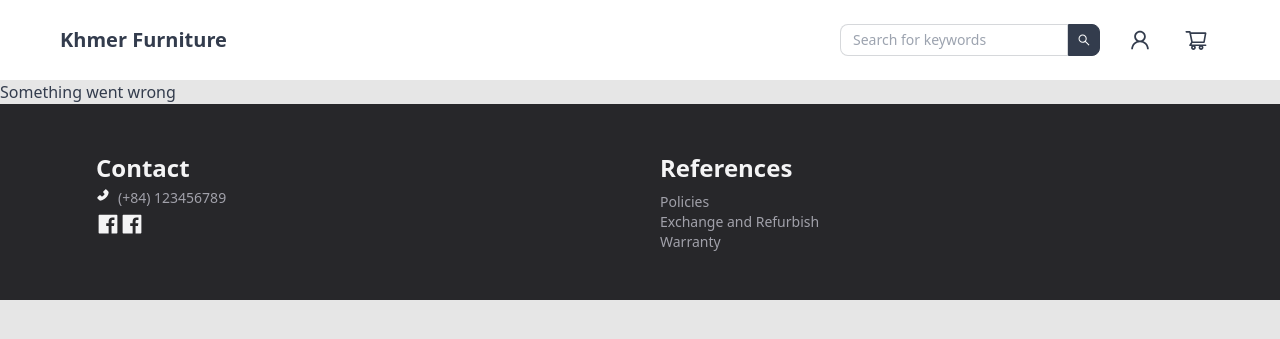
Repository: PlayerNguyen/dotot-shop
Page: /sell (app in client/)
The author's editor kept a copy of each file at every save. The page is drawn from the files as they stood at one save, then again after the next save.
The browser window is 1280 px wide. The pictures show the whole page.
The project was rebuilt for these pictures with package versions that can differ from the ones it lists, and the page was loaded fresh each time.

Above is the page before, as saved 2022-12-05 02:21:06.

### client/src/index.html
<!DOCTYPE html>
<html lang="en" data-theme="emerald">
  <head>
    <meta charset="UTF-8" />
    <meta http-equiv="X-UA-Compatible" content="IE=edge" />
    <meta name="viewport" content="width=device-width, initial-scale=1.0" />
    <title>dotot.com - Nơi mua bán đồ cũ</title>
    <link rel="stylesheet" href="./index.css" />
  </head>
  <body>
    <div id="app"></div>

    <script src="./index.js" type="module"></script>
  </body>
</html>

### client/src/index.js
import React, { Suspense } from "react";
import client from "react-dom/client";
import { BrowserRouter } from "react-router-dom";
import App from "./App";
import "./index.css";
const appElement = document.getElementById("app");
let root = client.createRoot(appElement);
import { Provider } from "react-redux";
import { store } from "./stores/globalStore";

root.render(
  <React.StrictMode>
    <BrowserRouter>
      <Provider store={store}>
        <App />
      </Provider>
    </BrowserRouter>
  </React.StrictMode>
);

### client/src/App.jsx
import React, { Suspense } from "react";
import { ToastContainer } from "react-toastify";
import { Link, Route, Routes } from "react-router-dom";
const Home = React.lazy(() => import("./components/Home/Home"));
const Credentials = React.lazy(() =>
  import("./components/Credentials/Credentials")
);
import "react-toastify/dist/ReactToastify.css";
const SignUp = React.lazy(() => import("./components/Credentials/SignUp"));
const SignIn = React.lazy(() => import("./components/Credentials/SignIn"));
import Navbar from "./components/Navbar/Navbar";
const SignOut = React.lazy(() => import("./components/Credentials/SignOut"));
const CredentialSelection = React.lazy(() =>
  import("./components/Credentials/CredentialSelection")
);

import NoMatch from "./components/NoMatch/NoMatch";
import Footer from "./components/Footer/Footer";

const Product = React.lazy(() => import("./components/Product/Product"));
const ProductView = React.lazy(() =>
  import("./components/Product/ProductView")
);
const Profile = React.lazy(() => import("./components/Profile/Profile"));
const ProfileGeneral = React.lazy(() =>
  import("./components/Profile/ProfileGeneral")
);
const RequestSignedIn = React.lazy(() =>
  import("./components/RequestSignedIn/RequestSignedIn")
);

import { AiFillHome, AiOutlineUser } from "react-icons/ai";
const Checkout = React.lazy(() => import("./components/Checkout/Checkout"));

export default function App() {
  return (
    <div className="drawer bg-base-200">
      <input id="app-drawer" type="checkbox" className="drawer-toggle" />

      <div className="drawer-content flex flex-col">
        {/* Navbar */}
        <Suspense>
          <Navbar />
        </Suspense>

        {/* Render home */}
        <Routes>
          <Route path="/">
            <Route
              index
              element={
                <Suspense>
                  <Home />
                </Suspense>
              }
            />
            <Route
              path="/users"
              element={
                <Suspense>
                  <Credentials />
                </Suspense>
              }
            >
              {/* TODO: check whether user is logged in or not, to put current */}
              <Route
                index
                element={
                  <Suspense>
                    <CredentialSelection />
                  </Suspense>
                }
              />
              <Route
                path="/users/sign-up"
                element={
                  <Suspense>
                    <SignUp />
                  </Suspense>
                }
              />
              <Route
                path="/users/sign-in"
                element={
                  <Suspense>
                    <SignIn />
                  </Suspense>
                }
              />
              <Route path="/users/sign-out" element={<SignOut />} />
            </Route>
            <Route
              path="/products"
              element={
                <Suspense>
                  <Product />
                </Suspense>
              }
            >
              <Route
                path=":productId"
                element={
                  <Suspense>
                    <ProductView />
                  </Suspense>
                }
              />
            </Route>
            <Route
              element={
                <Suspense>
                  <RequestSignedIn />
                </Suspense>
              }
            >
              <Route
                path="/profile"
                element={
                  <Suspense>
                    <Profile />
                  </Suspense>
                }
              >
                <Route
                  path="/profile/general"
                  element={
                    <Suspense>
                      <ProfileGeneral />
                    </Suspense>
                  }
                />
              </Route>
            </Route>
            <Route
              path="/checkout"
              element={
                <Suspense>
                  <Checkout />
                </Suspense>
              }
            ></Route>
            <Route path="*" element={<NoMatch />} />
          </Route>
        </Routes>

        {/* Footer */}
        <Footer />
      </div>
      {/* Drawer side */}
      <div className="drawer-side">
        <label htmlFor="app-drawer" className="drawer-overlay"></label>
        <ul className="menu p-4 overflow-y-auto w-80 bg-base-100">
          <li>
            <Link to="/" className="">
              <i>
                <AiFillHome />
              </i>
              <span>Home</span>
            </Link>
          </li>

          <li>
            <Link to="/profile">
              <i>
                <AiOutlineUser />
              </i>
              <span>Users</span>
            </Link>
          </li>
        </ul>
      </div>

      <ToastContainer />
    </div>
  );
}

### client/src/stores/globalStore.ts
import { configureStore } from "@reduxjs/toolkit";
import cartSliceReducer from "../slices/CartSlice";
export const store = configureStore({
  reducer: {
    cart: cartSliceReducer,
  },
});

// Infer the `RootState` and `AppDispatch` types from the store itself
export type RootState = ReturnType<typeof store.getState>;
// Inferred type: {posts: PostsState, comments: CommentsState, users: UsersState}
export type AppDispatch = typeof store.dispatch;

### client/src/components/Navbar/Navbar.jsx
import { useState } from "react";
import {
  AiFillSetting,
  AiOutlineSearch,
  AiOutlineShoppingCart,
  AiOutlineUser,
} from "react-icons/ai";
import { ImExit } from "react-icons/im";
import { FiMenu } from "react-icons/fi";
import { Link } from "react-router-dom";

export default function Navbar() {
  const [cartSize, setCartSize] = useState(0);
  const [signedIn, setSignedIn] = useState(false);

  useState(() => {
    setSignedIn(localStorage.getItem("token") !== null);
  }, [localStorage]);

  return (
    <div className="navbar bg-base-100 lg:px-12">
      {/* Navbar start section */}
      <div className="flex flex-row lg:hidden">
        <label htmlFor="app-drawer" className="drawer-button btn btn-ghost">
          <FiMenu className="text-xl" />
        </label>
      </div>

      <div className="flex-1 px-3">
        <Link to="/">
          <h1 className="text-xl font-bold">Khmer Furniture</h1>
        </Link>
      </div>

      {/* Wide screen  */}
      <div className="hidden lg:flex flex-row gap-1 text-2xl">
        {/* Search group */}
        <div>
          <div className=" input-group">
            <input
              className="input input-bordered input-sm"
              placeholder="Search for keywords"
            />
            <button className="btn btn-square btn-sm">
              <AiOutlineSearch />
            </button>
          </div>
        </div>
        {/* Link group */}
        <div className="menu menu-horizontal p-2 rounded-box text-md">
          {!signedIn ? (
            <li>
              <Link to={"/users/"}>
                <AiOutlineUser />
              </Link>
            </li>
          ) : (
            <li>
              <div className="dropdown dropdown-end dropdown-hover block">
                <label tabIndex={0}>
                  <AiOutlineUser />
                </label>
                <ul
                  tabIndex={0}
                  className="menu dropdown-content p-2 shadow bg-base-100 rounded-box w-52 mt-4 text-sm"
                >
                  <li className="block">
                    <Link to="/profile">
                      <AiFillSetting />
                      Profile
                    </Link>
                  </li>
                  <li className="block">
                    <Link to={`/users/sign-out`}>
                      <ImExit />
                      Sign out
                    </Link>
                  </li>
                </ul>
              </div>
            </li>
          )}

          <li>
            <Link to={"/checkout"} className="relative">
              <AiOutlineShoppingCart />
              {cartSize && cartSize > 0 ? (
                <span className="text-sm ">{cartSize}</span>
              ) : null}
            </Link>
          </li>
        </div>
      </div>

      {/* For small screen */}
      <div className="lg:hidden">
        <div className="menu menu-horizontal p-2 rounded-box text-xl">
          {/* Shopping cart */}
          <li>
            <a className="relative">
              <span>
                <AiOutlineShoppingCart />
              </span>
              {cartSize && cartSize > 0 ? (
                <span className="absolute text-sm left-2 top-2 bg-red-400 px-2 rounded-full text-white">
                  {cartSize}
                </span>
              ) : null}
            </a>
          </li>
          {/* Search */}
          <li>
            <a className="relative">
              <AiOutlineSearch />
            </a>
          </li>
        </div>
      </div>
    </div>
  );
}

### client/src/components/NoMatch/NoMatch.jsx
import React from "react";

export default function NoMatch() {
  return <div>Something went wrong</div>;
}

### client/src/components/Footer/Footer.jsx
import React from "react";
import { AiFillFacebook, AiFillPhone } from "react-icons/ai";

export default function Footer() {
  return (
    <div className="footer-wrapper bg-zinc-800 text-zinc-100 md:px-12">
      <footer className="footer p-12 min-h-[20vh] flex flex-col gap-4 sm:flex-row  sm:gap-10">
        <div className="flex flex-col gap-1 flex-1">
          {/* <div className="font-bold text-2xl">General</div> */}
          <div className={`font-bold text-2xl`}>Contact</div>

          <div>
            <div className="flex flex-row gap-2">
              <span>
                <AiFillPhone />
              </span>
              <span className="text-zinc-400">(+84) 123456789</span>
            </div>
            {/* Social medias */}
            <div className="flex flex-row text-2xl my-1">
              <div>
                <AiFillFacebook />
              </div>
              <div>
                <AiFillFacebook />
              </div>
            </div>
          </div>
        </div>

        <div className="flex-1">
          <div className="text-2xl font-bold">References</div>
          <div className="text-zinc-400">
            <div>Policies</div>
            <div>Exchange and Refurbish</div>
            <div>Warranty</div>
          </div>
        </div>
      </footer>
    </div>
  );
}

### client/src/slices/CartSlice.ts
import { createSlice } from "@reduxjs/toolkit";
import type { PayloadAction } from "@reduxjs/toolkit";

const cart = localStorage.getItem(
  process.env.CART_ITEM_KEY_NAME ? process.env.CART_ITEM_KEY_NAME : "cartItems"
);
const initialState = {
  items: cart ? JSON.parse(cart) : new Set(),
};

const CartSlice = createSlice({
  name: "Cart",
  initialState,
  reducers: {
    addCartItem: (state, action: PayloadAction<string>) => {
      if (!state.items.includes(action.payload)) {
        state.items = [...state.items, action.payload];
      }
    },
    removeCartItem: (state, action: PayloadAction<string>) => {
      state.items = [...state.items].filter((ele) => ele !== action.payload);
    },
    clearCartItem: (state) => {
      state.items = [];
    },
  },
});

export const { addCartItem, removeCartItem, clearCartItem } = CartSlice.actions;

export default CartSlice.reducer;

### client/tailwind.config.js
/** @type {import('tailwindcss').Config} */
module.exports = {
  content: ["./src/**/*.{html,js,ts,jsx,tsx}"],
  theme: {
    extend: {},
  },
  plugins: [require("daisyui")],
  // daisyUI config (optional)
  daisyui: {
    styled: true,
    themes: true,
    base: true,
    utils: true,
    logs: true,
    rtl: false,
    prefix: "",
    darkTheme: "dark",
  },
};

Loaded but not shown: client/src/index.css (common file)

After the next save:
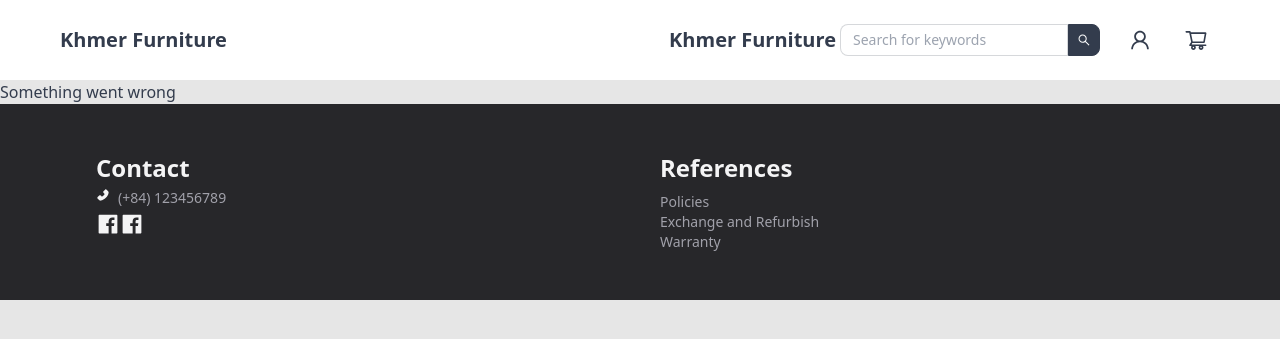
Saved 27 s later.
--- a/client/src/components/Navbar/Navbar.jsx
+++ b/client/src/components/Navbar/Navbar.jsx
@@ -34,6 +34,9 @@ export default function Navbar() {
 
       {/* Wide screen  */}
       <div className="hidden lg:flex flex-row gap-1 text-2xl">
+      <Link to="/">
+          <h1 className="text-xl font-bold">Khmer Furniture</h1>
+        </Link>
         {/* Search group */}
         <div>
           <div className=" input-group">
